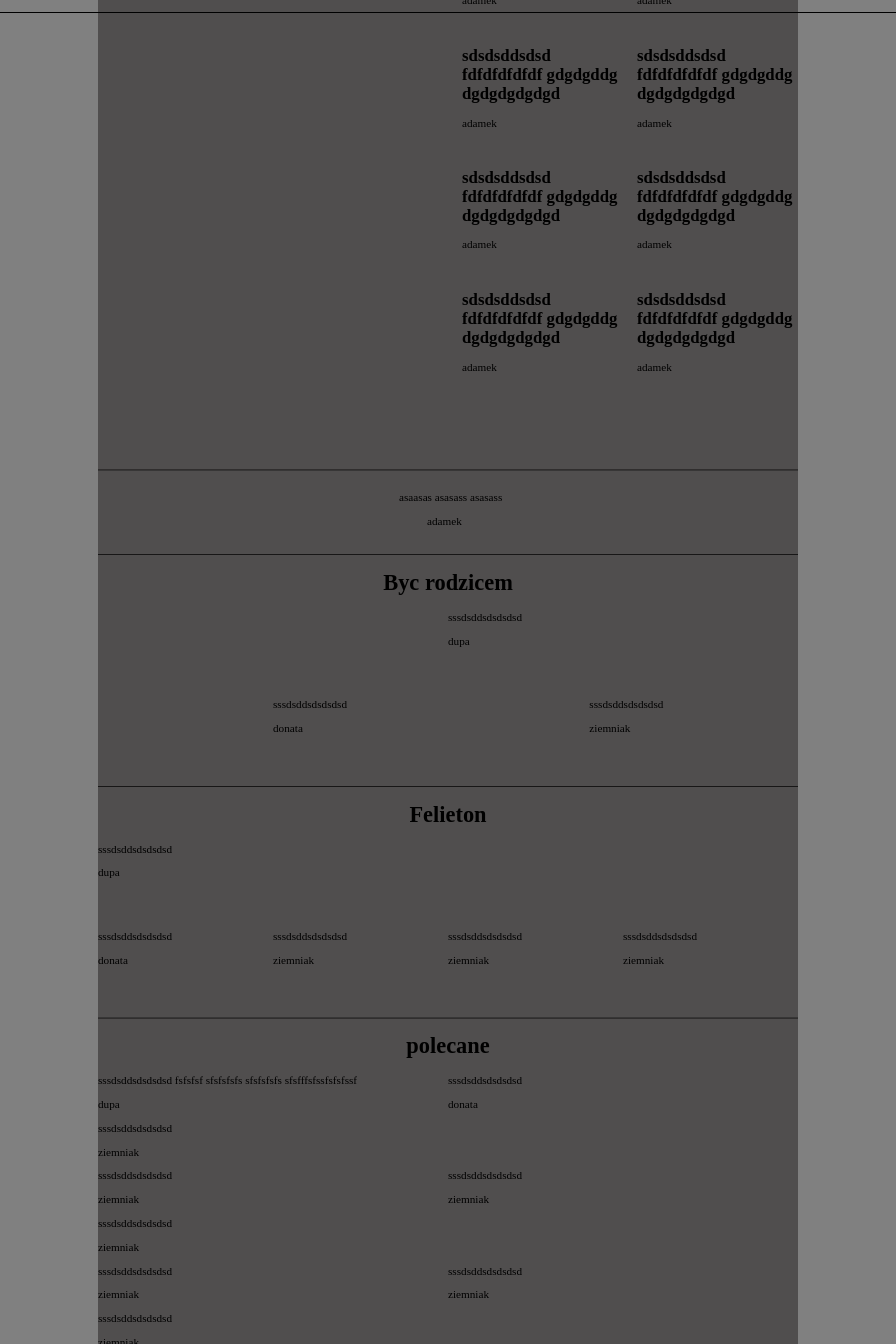
Repository: kq333/pitupitu.pl
Page: index.html
An editor plug-in stored every save of this project. The page is shown before and after the next save, followed by the edit.
The browser window is 1280 px wide. The pictures show the part of the page from y = 347 to 2267 px (the page is 2629 px tall), at 70% of full size.
The style sheet was rebuilt from its Sass, Less or Tailwind sources for each picture, by a compiler version that may differ from the author's.

Above is the page before, as saved 2020-11-04 11:35:55.

After the next save:
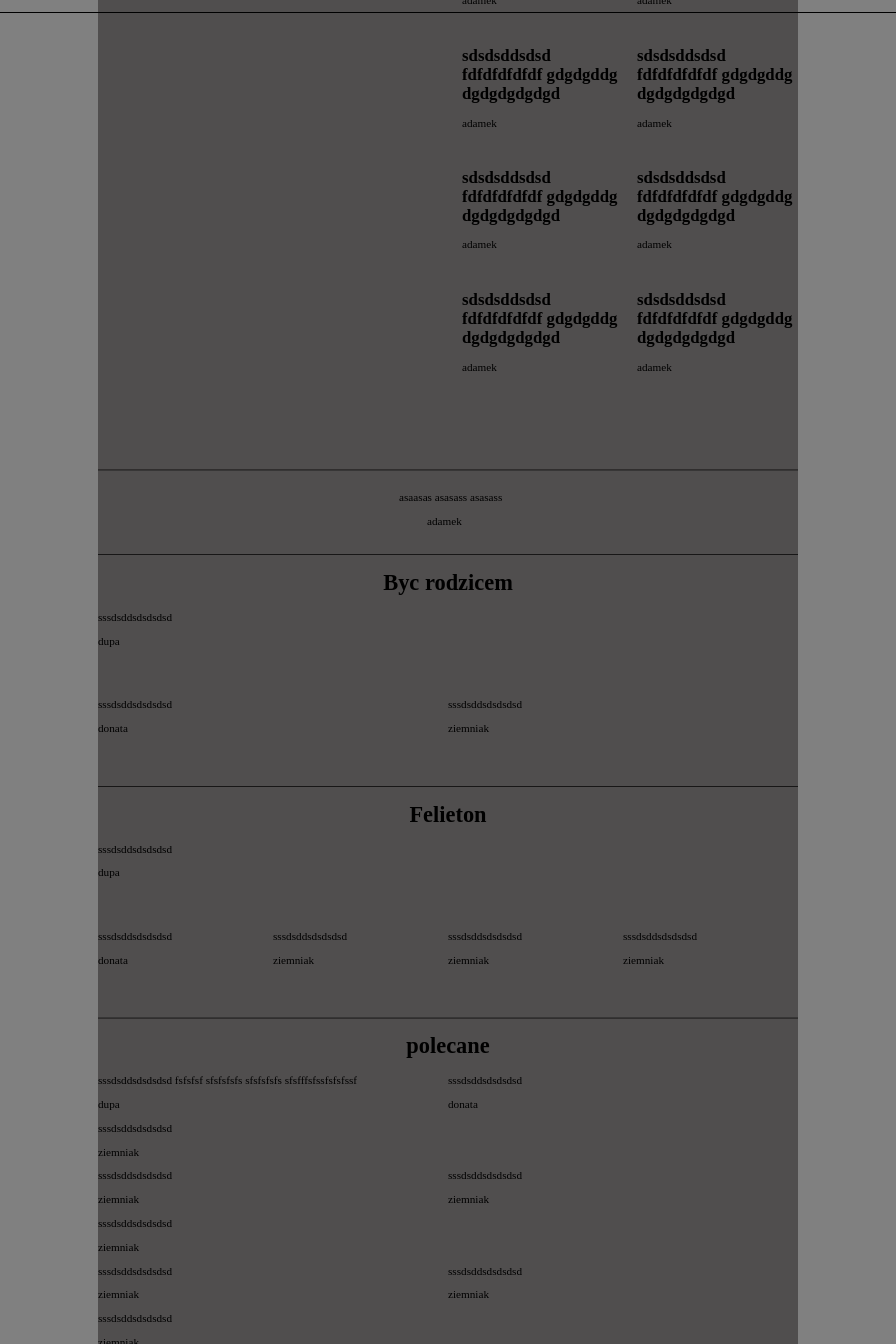
Saved 2 min 24 s later.
--- a/style/style.scss
+++ b/style/style.scss
@@ -91,26 +91,23 @@ body{
     height: 250px;
     border-bottom: 1px solid black;
     display:grid;
-    grid-template-columns: auto auto auto;
-
-    .art10{
-
-        grid-column: 1 /span 3;
-        margin-left: 500px;
-
-            }
-     .art11{
-        margin-left: 250px;
-     }
-
-       .art12{
-        margin-left: 250px;
-     }
-
-     h1{
-        margin-left:500px;
-
-    }
+    grid-template-columns: auto auto;
+    grid-template-areas: "art10 art10"
+                          "art11 art12"  ;
+
+.art10{
+grid-area: art10;
+
+
+}
+.art11{
+grid-area: art11;
+}
+
+.art12{
+grid-area: art12;
+}
+
 
 }
 
